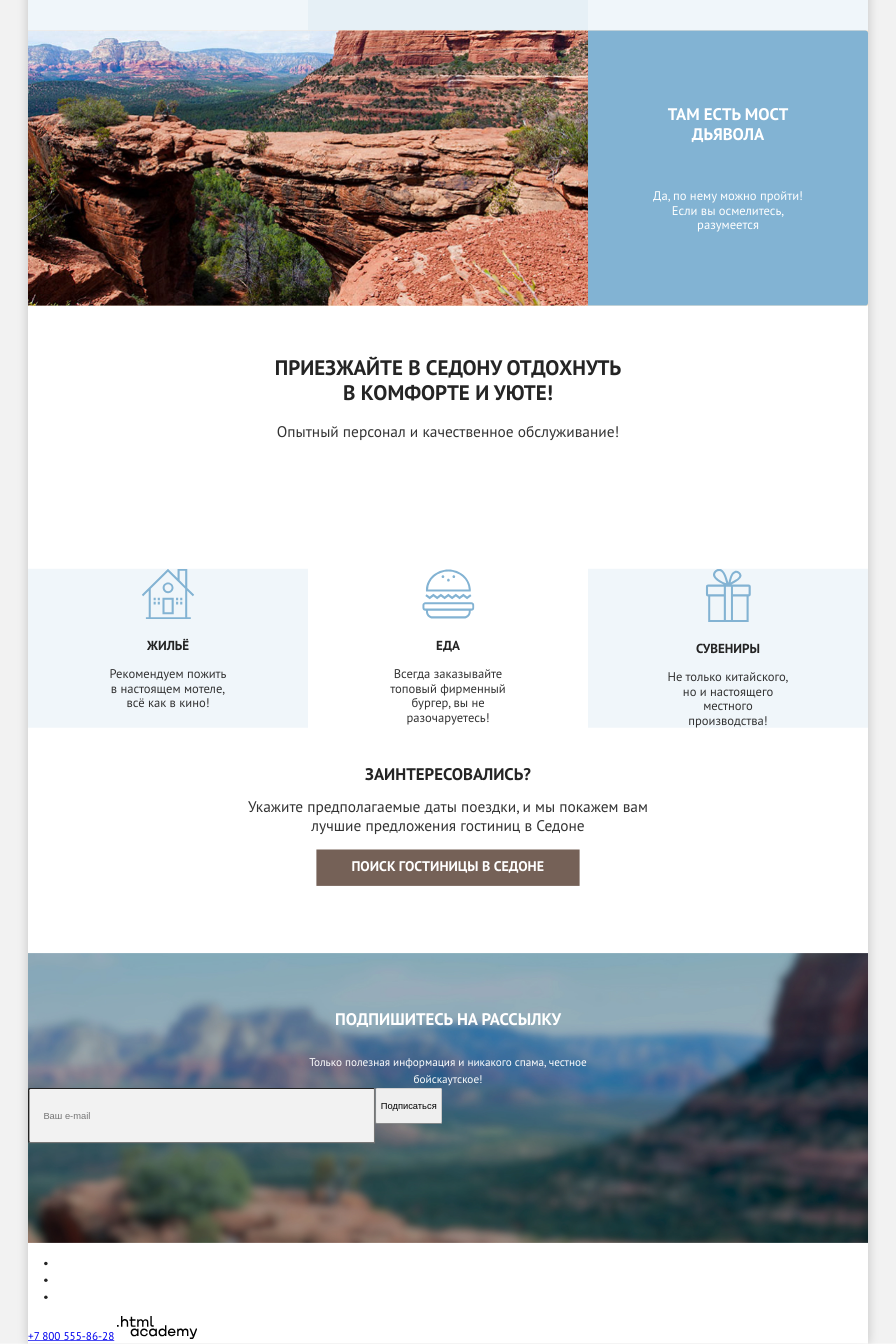
Repository: zakhgagne/2512253-sedona-1
Page: index.html
These files come from the project's save history. The page is drawn as it stood at one moment and after the next save; the edit follows.
The browser window is 1280 px wide. The pictures show the part of the page from y = 1551 to 3471 px (the page is 3471 px tall), at 70% of full size.

Above is the page before, as saved 2024-05-11 20:34:46.

After the next save:
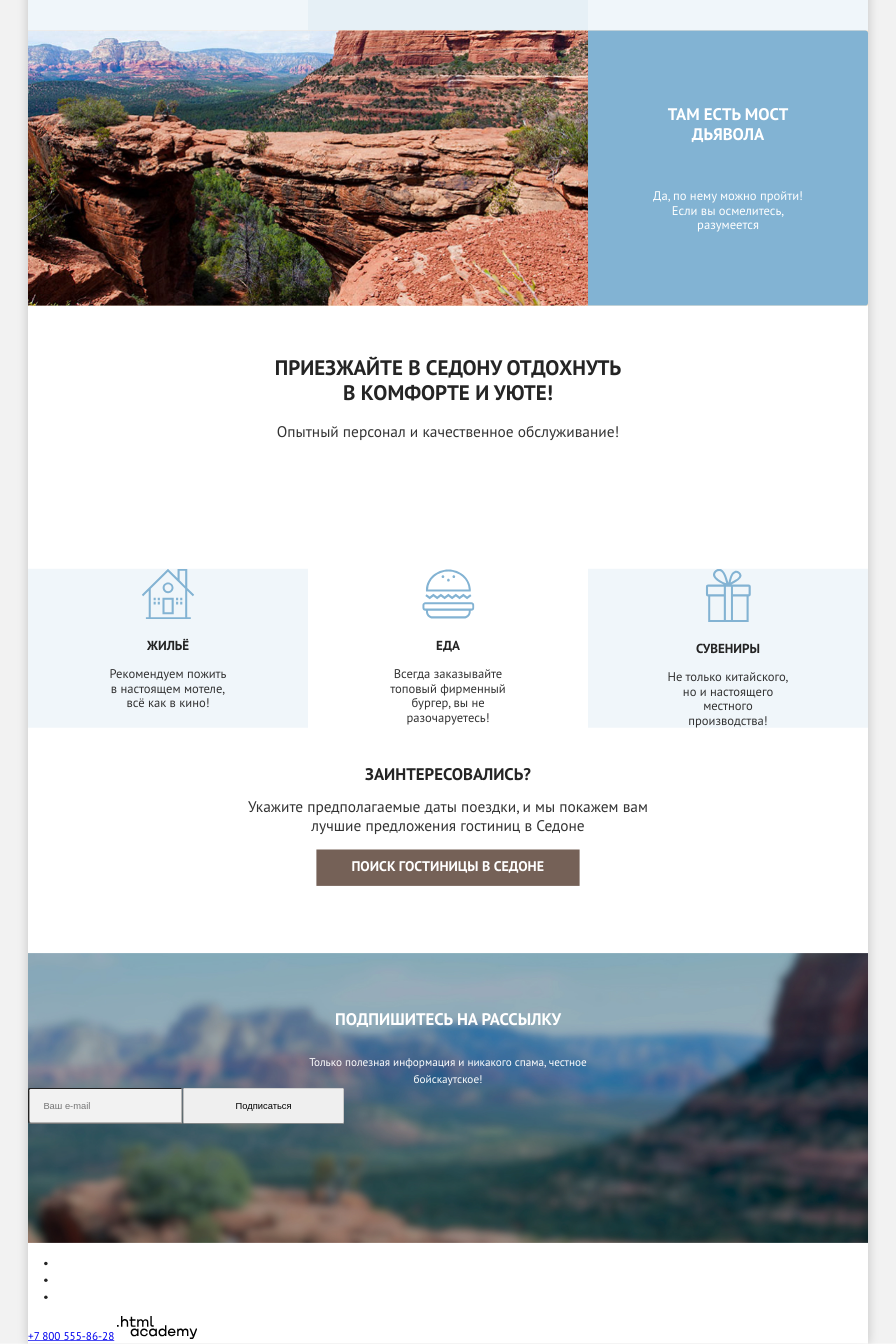
Saved 51 s later.
--- a/styles/styles.css
+++ b/styles/styles.css
@@ -398,10 +398,9 @@ body {
 }
 .subscribe-form-button {
   /* Кнопка
-
-
-    /* Inside auto layout */
-    flex: none;
+/* Inside auto layout */
+    width: 452px;
+      height: 52px;
     order: 1;
     flex-grow: 0;
 }
@@ -411,10 +410,6 @@ body {
   align-items: center;
   padding: 12px 20px;
   gap: 260px;
-
-  width: 452px;
-  height: 52px;
-
   /* basic/light */
   background: #F2F2F2;
   border-radius: 4px 0px 0px 4px;
